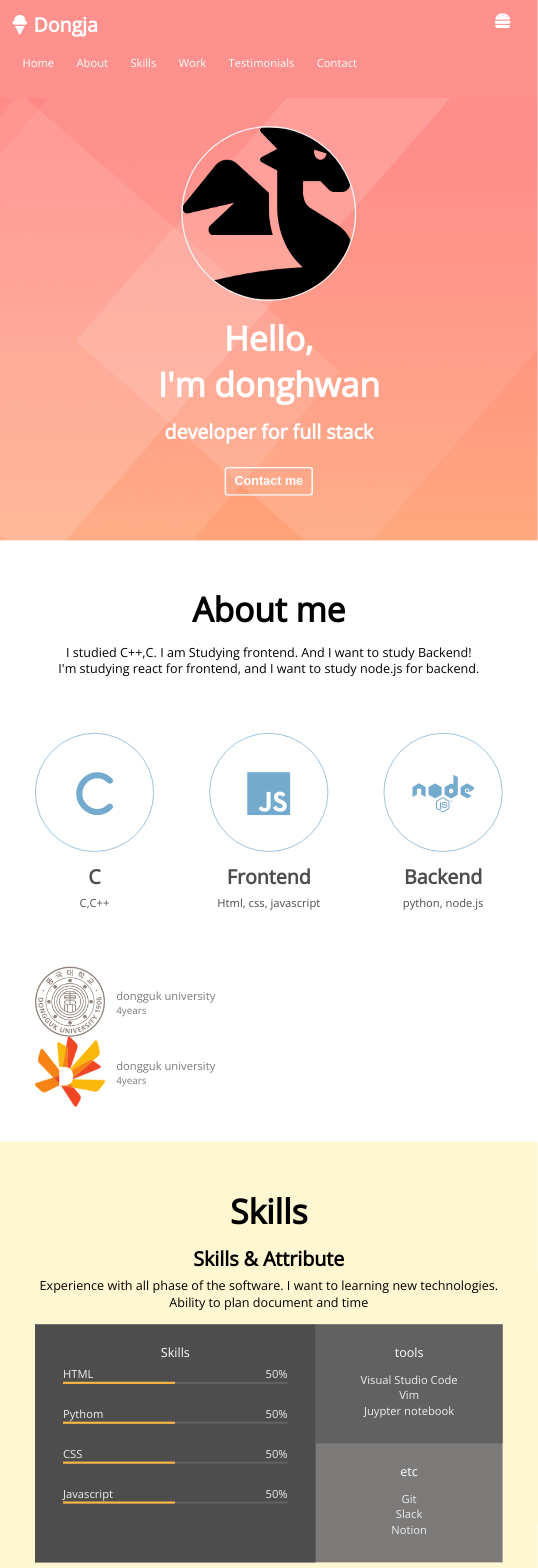
Repository: DongjaJ/portfolio
Page: index.html
These files come from the project's save history. The page is drawn as it stood at one moment and after the next save; the edit follows.
The browser window is 768 px wide. The pictures show the part of the page from y = 0 to 2240 px (the page is 4222 px tall), at 70% of full size.
Some web libraries are served in a nearby version.

Above is the page before, as saved 2022-06-15 21:53:28.

After the next save:
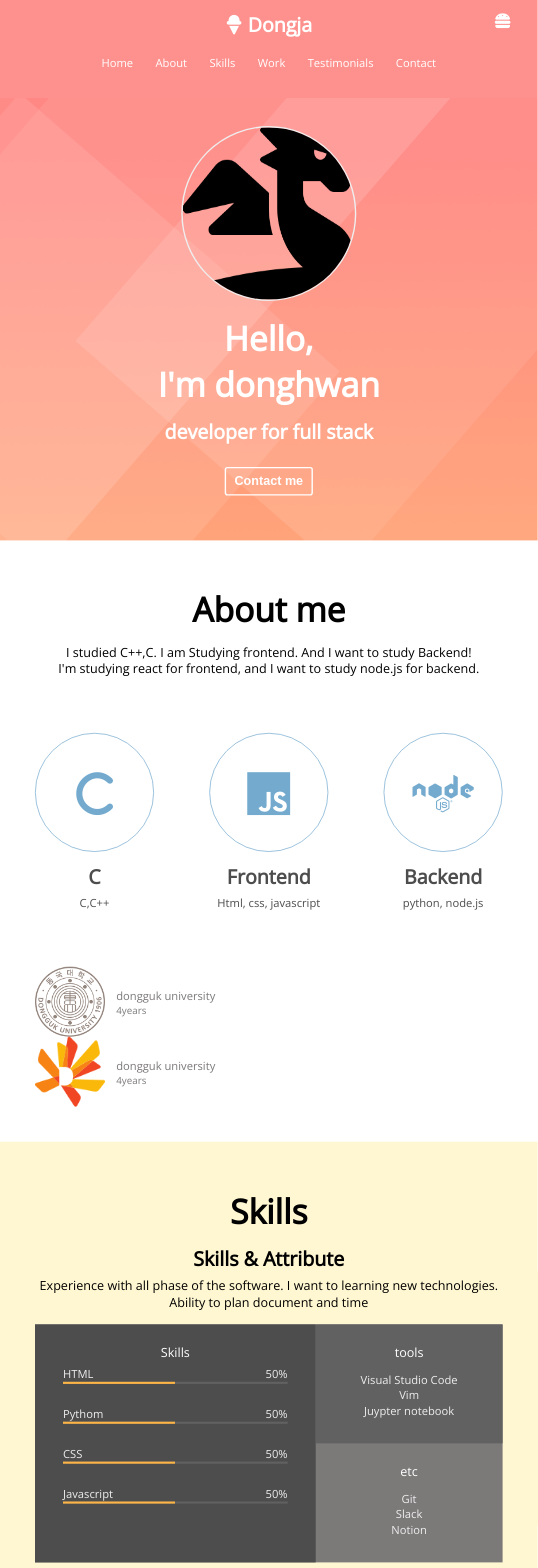
Saved 33 s later.
--- a/style.css
+++ b/style.css
@@ -455,6 +455,6 @@
 	}
 	#navbar{
 		flex-direction: column;
-		align-items: flex-start;
+		/* align-items: flex-start; */
 	}
 }

After the save that followed:
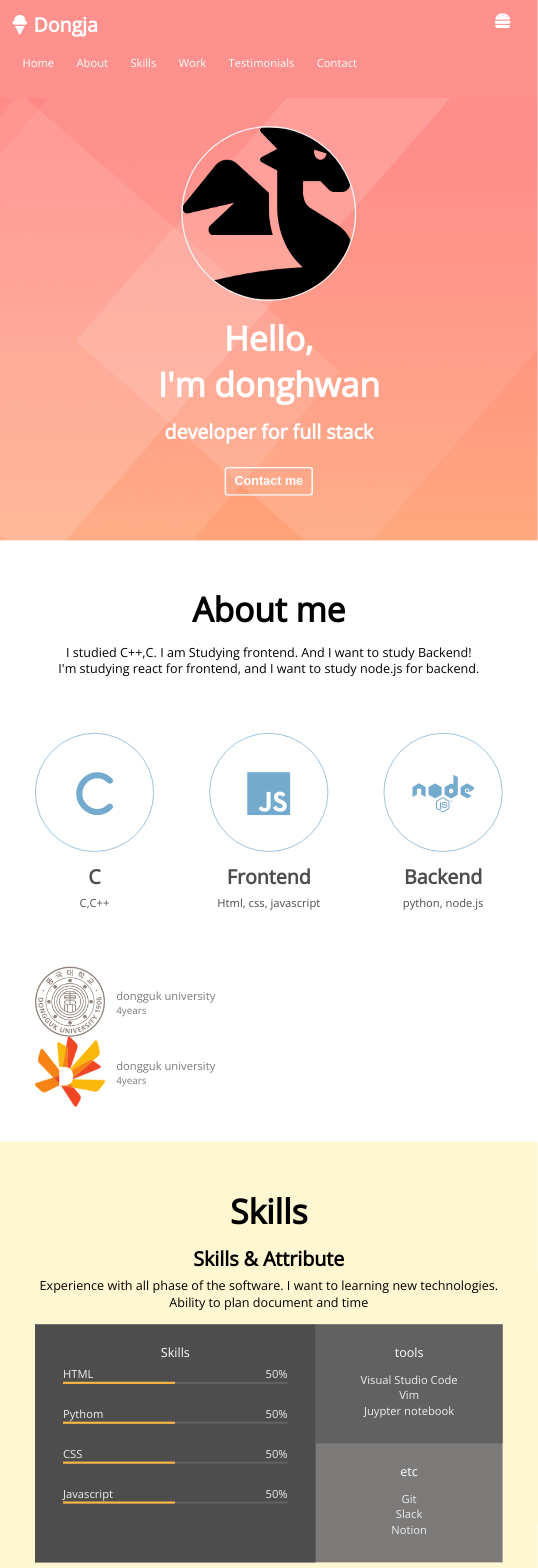
Saved 8 s later.
--- a/style.css
+++ b/style.css
@@ -455,6 +455,6 @@
 	}
 	#navbar{
 		flex-direction: column;
-		/* align-items: flex-start; */
+		align-items: flex-start;
 	}
 }
